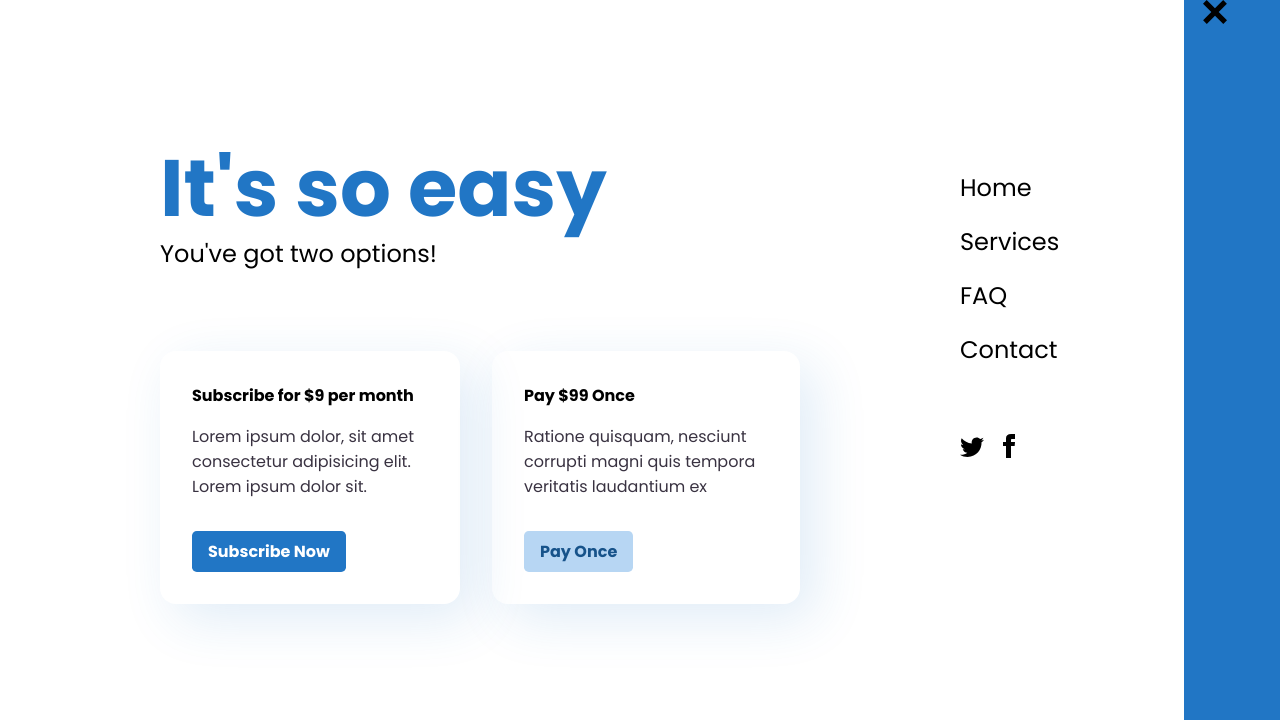
Repository: Hyperion72R/Animated-Navigation
Page: index.html
The author's editor kept a copy of each file at every save. The page is drawn from the files as they stood at one save, then again after the next save.
The browser window is 1280 px wide. The pictures show the whole page.
The style sheet was rebuilt from its Sass, Less or Tailwind sources for each picture, by a compiler version that may differ from the author's.

Above is the page before, as saved 2021-09-05 16:01:28.

After the next save:
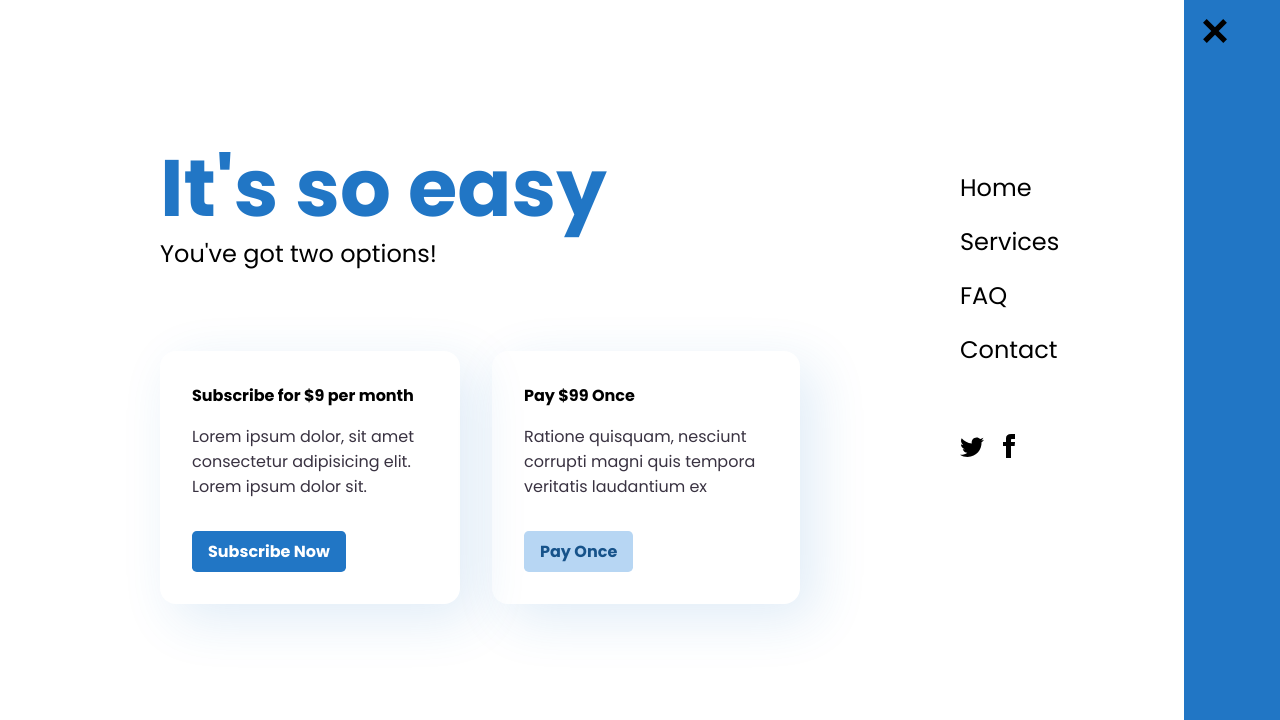
Saved 33 s later.
--- a/css/main.scss
+++ b/css/main.scss
@@ -209,3 +209,8 @@ h2 {
   justify-items: center;
   background-color: #2176c5;
 }
+
+.exit {
+  margin-top: 1.2em;
+  cursor: pointer;
+}
